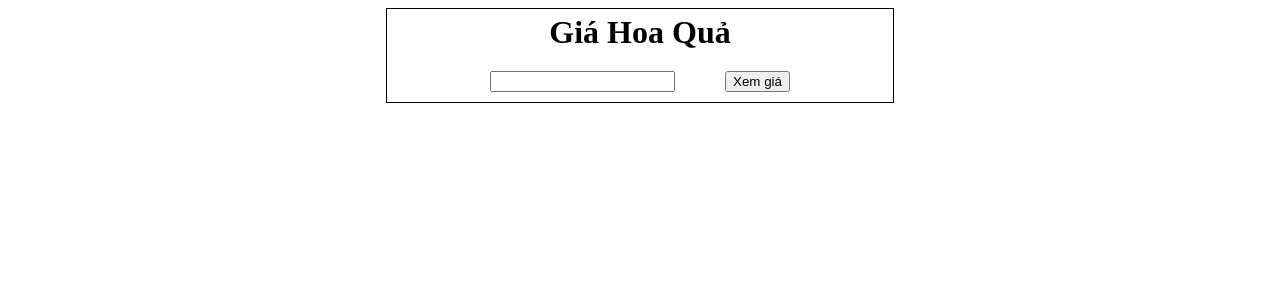
Repository: tungts3qb/BTCodeGym
Page: giahoaqua.html
These files come from the project's save history. The page is drawn as it stood at one moment and after the next save; the edit follows.
The browser window is 1280 px wide. The pictures show the whole page.

Above is the page before, as saved 2023-01-04 11:05:42.

### giahoaqua.html
<!DOCTYPE html>
<html lang="en">
  <head>
    <meta charset="UTF-8" />
    <meta http-equiv="X-UA-Compatible" content="IE=edge" />
    <meta name="viewport" content="width=device-width, initial-scale=1.0" />
    <title>Document</title>
  </head>
  <body>
    <style>
      .check-fruit-form {
        border: solid 1px black;
        max-width: 40%;
        margin: 0 auto;
        display: flex;
        flex-direction: column;
        justify-content: center;
        align-items: center;
      }

      h1 {
        margin: 0;
        margin-top: 5px;
        margin-bottom: 20px;
      }
      .input-box {
        margin-bottom: 10px;
      }
      .price {
        width: 200px;
      }
      .input-box {
        display: flex;
        flex-direction: row;
        justify-content: space-between;
        gap: 50px;
      }
    </style>
    <div class="check-fruit-form">
      <h1>Giá Hoa Quả</h1>
      <div class="input-box">
        <input type="text" name="" id="price" />
        <button class="check-price">Xem giá</button>
      </div>
    </div>
  </body>
</html>

After the next save:
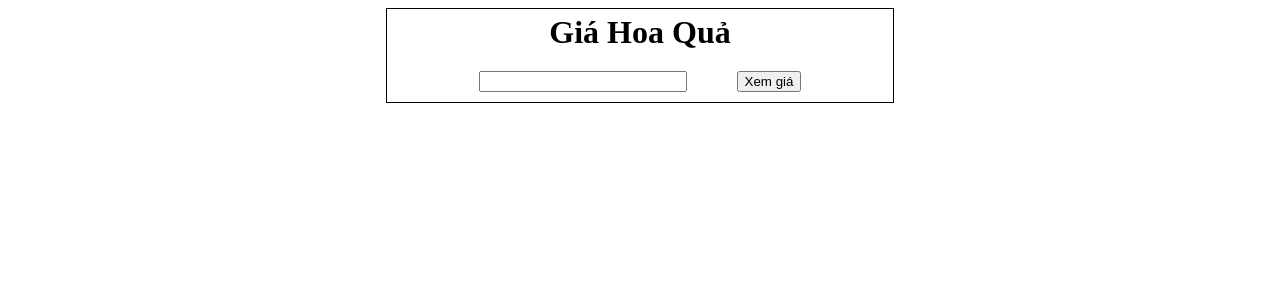
Saved 9 s later.
--- a/giahoaqua.html
+++ b/giahoaqua.html
@@ -26,7 +26,7 @@
       .input-box {
         margin-bottom: 10px;
       }
-      .price {
+      #price {
         width: 200px;
       }
       .input-box {
